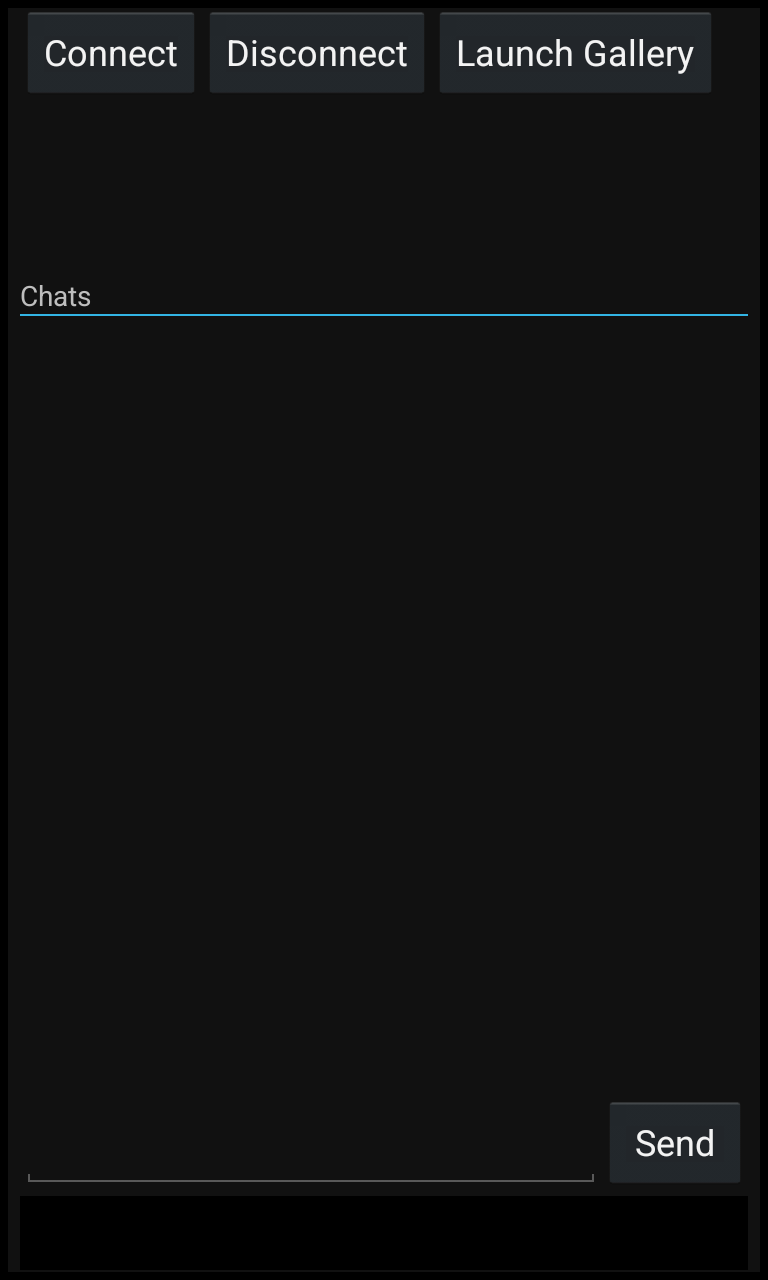
Repository: flyingbuffalo/AndroidTest
Layout: WiFiDirectDemo/res/layout/device_detail.xml
The author's editor kept a copy of each file at every save. The layout is drawn from the files as they stood at one save, then again after the next save.
It is drawn on a 768 x 1280 px phone screen (xhdpi) without system bars, with theme android:Theme.Holo; the app's code is not run. Lists and similar views that code fills are empty.

Above is the layout before, as saved 2014-08-05 13:16:40.

### WiFiDirectDemo/res/layout/device_detail.xml
<?xml version="1.0" encoding="utf-8"?>
<RelativeLayout
    xmlns:android="http://schemas.android.com/apk/res/android"
    android:orientation="horizontal"
    android:layout_width="match_parent"
    android:layout_height="match_parent"
    android:background="@drawable/details_view"
    android:visibility="visible">

    <LinearLayout
        android:orientation="vertical"
        android:layout_width="match_parent"
        android:layout_height="wrap_content"
        android:layout_alignParentLeft="true"
        android:layout_alignParentRight="true"
        android:layout_alignParentTop="true"
        android:layout_above="@+id/chat_typing" >

        <LinearLayout
            android:orientation="horizontal"
            android:layout_width="match_parent"
            android:layout_height="wrap_content">
            <Button
                android:id="@+id/btn_connect"
                android:layout_width="wrap_content"
                android:layout_height="wrap_content"
                android:text="@string/connect_peer_button" />
            <Button
                android:id="@+id/btn_disconnect"
                android:layout_width="wrap_content"
                android:layout_height="wrap_content"
                android:text="@string/disconnect_peer_button" />
            <Button
                android:id="@+id/btn_start_client"
                android:layout_width="wrap_content"
                android:layout_height="wrap_content"
                android:text="@string/get_file_button"
                android:visibility="visible" />
        </LinearLayout>
        <TextView
            android:id="@+id/device_address"
            android:layout_width="match_parent"
            android:layout_height="wrap_content" />
        <TextView
            android:id="@+id/device_info"
            android:layout_width="match_parent"
            android:layout_height="wrap_content" />
        <TextView
            android:id="@+id/group_owner"
            android:layout_width="match_parent"
            android:layout_height="wrap_content" />
        <TextView
            android:id="@+id/group_ip"
            android:layout_width="match_parent"
            android:layout_height="wrap_content" />

        <TextView
            android:layout_marginTop="12dp"
	        android:layout_width="fill_parent"
	        android:layout_height="wrap_content"
	        android:gravity="center_vertical"
	        android:text="Chats" />

	    <View
	        android:layout_width="fill_parent"
	        android:layout_height="1dp"
	        android:gravity="center_vertical"
	        android:background="@android:color/holo_blue_light" />

	    <!-- Available peers -->
	    <ListView
	        android:layout_marginTop="5dp"
	        android:layout_marginBottom="5dp"
	        android:id="@+id/chat_list"
	        android:layout_width="match_parent"
	        android:layout_height="match_parent"
	        android:drawSelectorOnTop="false" />

    </LinearLayout>

    <LinearLayout
        android:layout_width="match_parent"
        android:layout_height="wrap_content"
        android:id="@+id/chat_typing"
        android:orientation="horizontal"
        android:layout_marginBottom="3dp"
        android:layout_alignParentLeft="true"
        android:layout_alignParentRight="true"
		android:layout_above="@+id/status_bar" >

        <EditText
            android:layout_width="0dp"
            android:layout_height="match_parent"
            android:layout_weight="8"
            android:id="@+id/chat_edttext" >
        </EditText>

        <Button
            android:layout_width="0dp"
            android:layout_height="match_parent"
            android:layout_weight="2"
            android:text="Send"
            android:id="@+id/chat_btn" >
        </Button>

    </LinearLayout>

    <LinearLayout
        android:layout_width="match_parent"
        android:id="@+id/status_bar"
        android:orientation="vertical"
        android:layout_gravity="bottom"
        android:layout_height="37dp"
        android:layout_marginBottom="3dp"
        android:background="@android:color/background_dark"
        android:layout_alignParentLeft="true"
        android:layout_alignParentRight="true"
        android:layout_alignParentBottom="true" >

        <TextView
            android:layout_width="wrap_content"
            android:layout_height="match_parent"
            android:layout_gravity="center"
            android:layout_margin="5dp"
            android:textColor="@android:color/white"
            android:id="@+id/status_text">
        </TextView>
    </LinearLayout>
</RelativeLayout>

Loaded but not shown: WiFiDirectDemo/res/drawable/details_view.xml (common file); WiFiDirectDemo/res/values/strings.xml (common file); WiFiDirectDemo/res/values/colors.xml (common file)

After the next save:
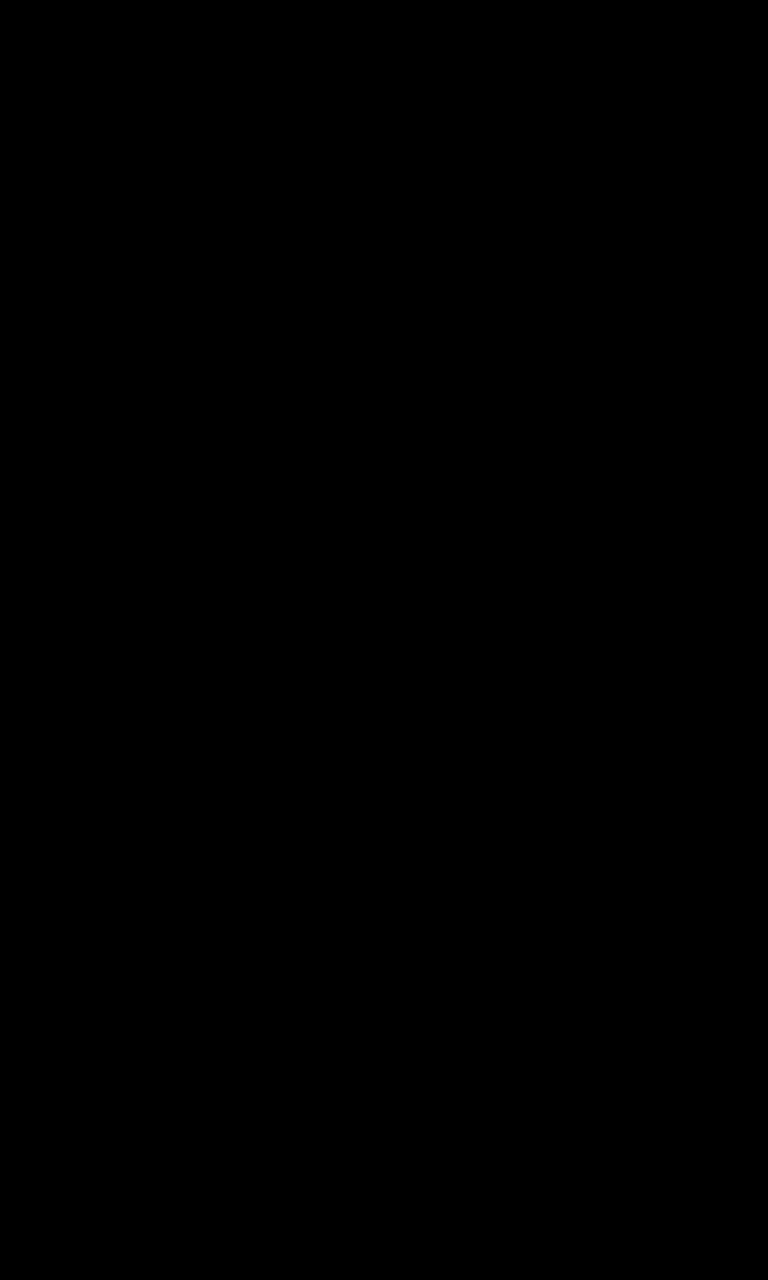
Saved 44 s later.
--- a/WiFiDirectDemo/res/layout/device_detail.xml
+++ b/WiFiDirectDemo/res/layout/device_detail.xml
@@ -5,7 +5,7 @@
     android:layout_width="match_parent"
     android:layout_height="match_parent"
     android:background="@drawable/details_view"
-    android:visibility="visible">
+    android:visibility="gone">
 
     <LinearLayout
         android:orientation="vertical"
@@ -35,7 +35,7 @@
                 android:layout_width="wrap_content"
                 android:layout_height="wrap_content"
                 android:text="@string/get_file_button"
-                android:visibility="visible" />
+                android:visibility="gone" />
         </LinearLayout>
         <TextView
             android:id="@+id/device_address"

After the save that followed:
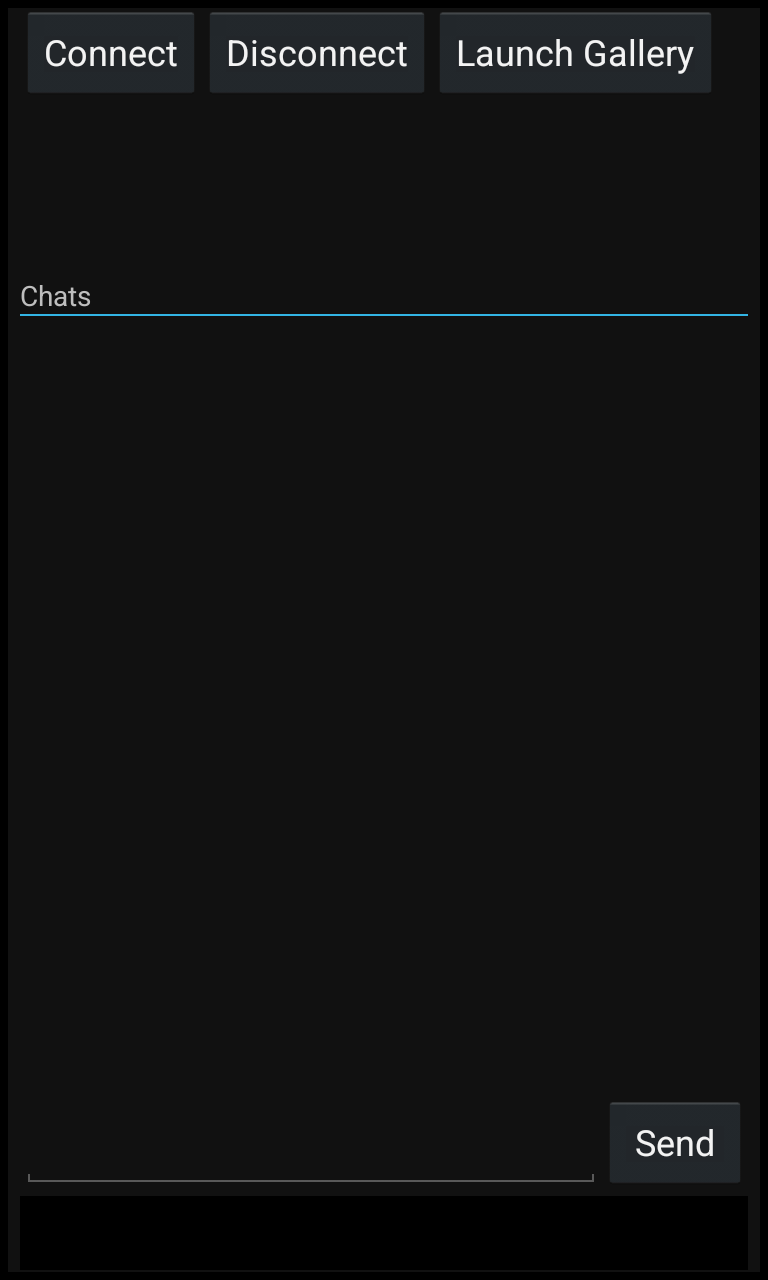
Saved 7 min 20 s later.
--- a/WiFiDirectDemo/res/layout/device_detail.xml
+++ b/WiFiDirectDemo/res/layout/device_detail.xml
@@ -5,7 +5,7 @@
     android:layout_width="match_parent"
     android:layout_height="match_parent"
     android:background="@drawable/details_view"
-    android:visibility="gone">
+    android:visibility="visible">
 
     <LinearLayout
         android:orientation="vertical"
@@ -35,7 +35,7 @@
                 android:layout_width="wrap_content"
                 android:layout_height="wrap_content"
                 android:text="@string/get_file_button"
-                android:visibility="gone" />
+                android:visibility="visible" />
         </LinearLayout>
         <TextView
             android:id="@+id/device_address"
